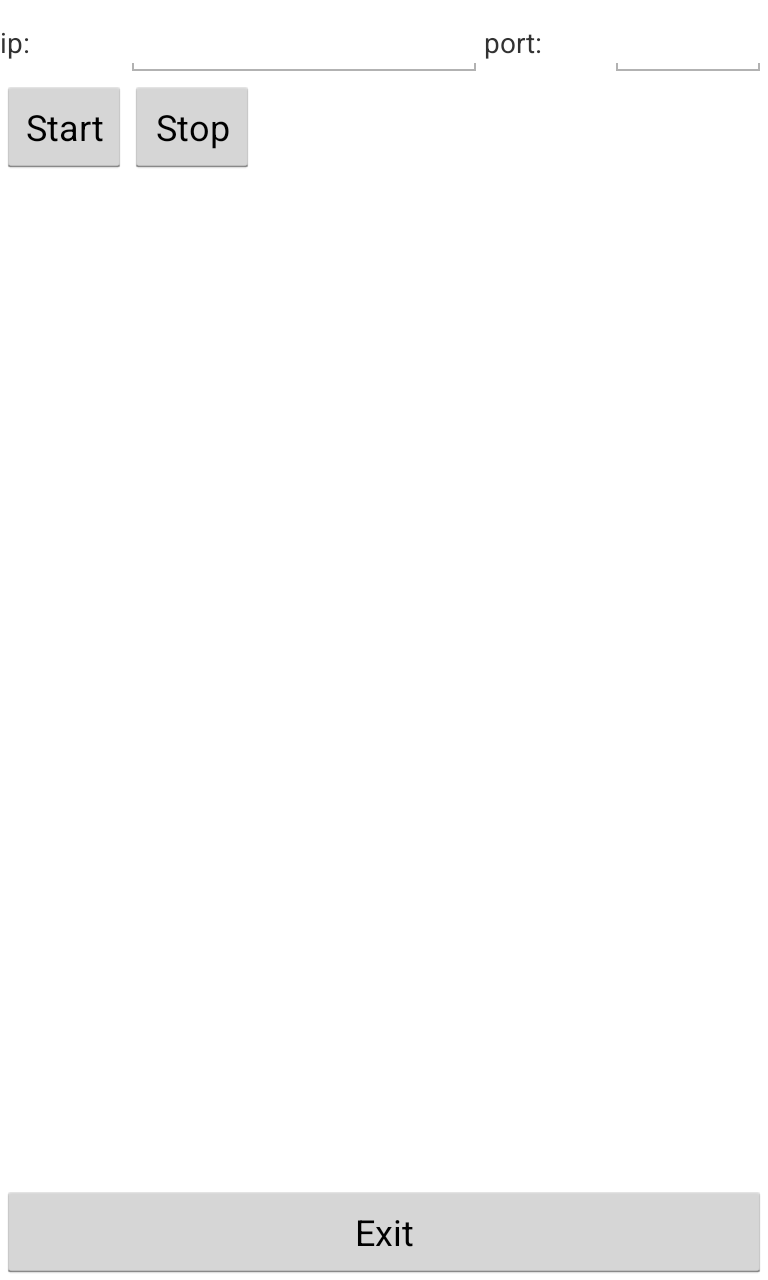
Repository: dthas/d_firewall_c
Layout: src/main/android/eclipse_project/dfirewall/res/layout/out_pl.xml
These files come from the project's save history. The layout is drawn as it stood at one moment and after the next save; the edit follows.
It is drawn on a 768 x 1280 px phone screen (xhdpi) without system bars, with theme AppTheme; the app's code is not run.

Above is the layout before, as saved 2017-02-16 08:17:02.

After the next save:
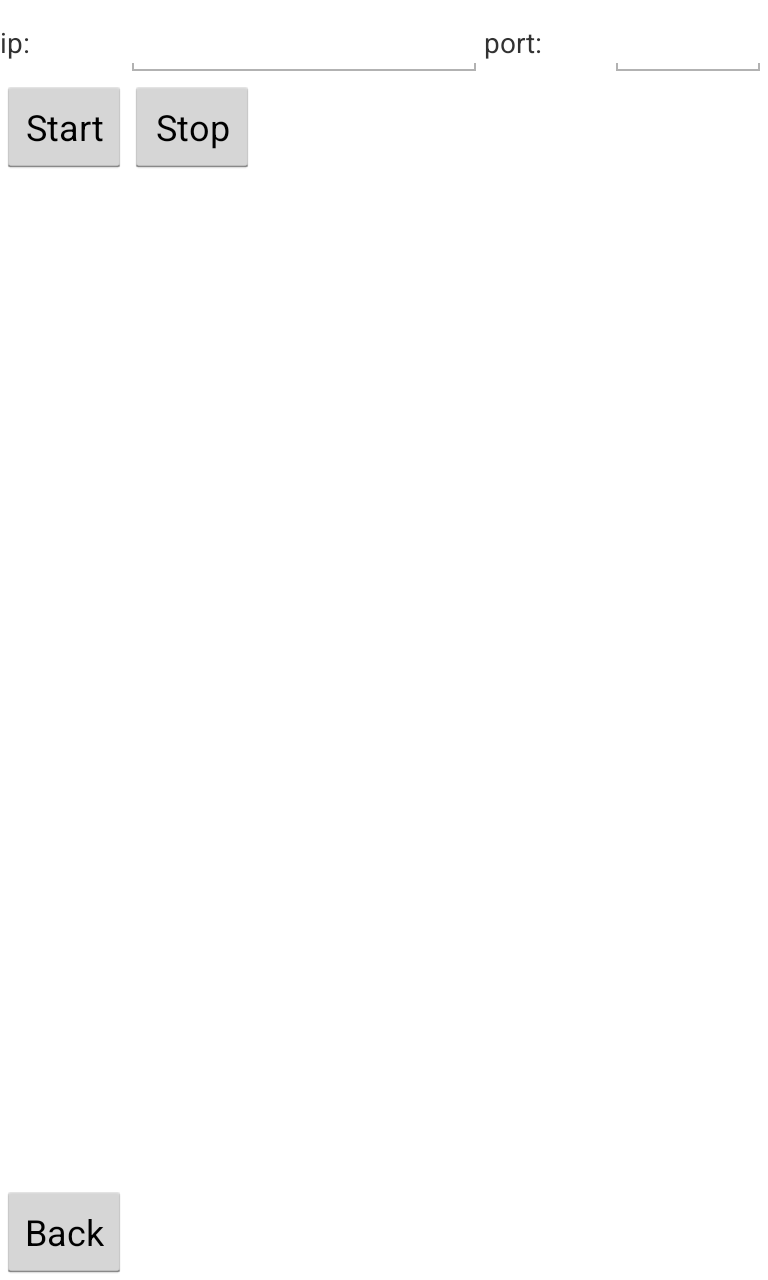
Saved 19 s later.
--- a/src/main/android/eclipse_project/dfirewall/res/layout/out_pl.xml
+++ b/src/main/android/eclipse_project/dfirewall/res/layout/out_pl.xml
@@ -61,7 +61,7 @@
 	</LinearLayout>
 
    <LinearLayout
-       	android:layout_width="fill_parent"
+       	android:layout_width="wrap_content"
 		android:layout_height="fill_parent"
 		android:orientation="horizontal" >
 
@@ -71,7 +71,7 @@
 			android:layout_height="wrap_content"
 			android:layout_weight="1"
 			android:layout_gravity="bottom"
-			android:text="Exit" />
+			android:text="Back" />
 
 
 
